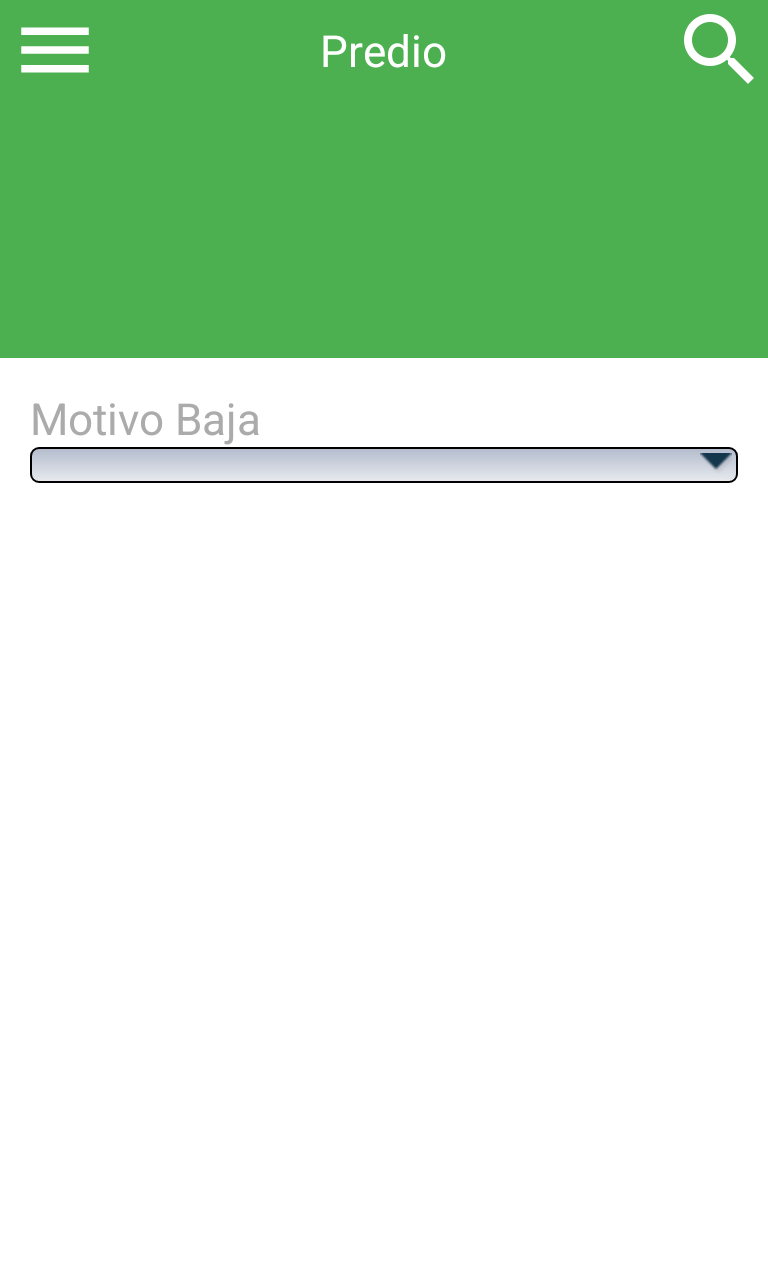
Repository: danielctf/Chilterra
Layout: Proyectos/Animales/res/layout/activity_baja_ganado.xml
These files come from the project's save history. The layout is drawn as it stood at one moment and after the next save; the edit follows.
It is drawn on a 768 x 1280 px phone screen (xhdpi) without system bars, with theme AppTheme; the app's code is not run.

Above is the layout before, as saved 2015-10-09 16:25:05.

After the next save:
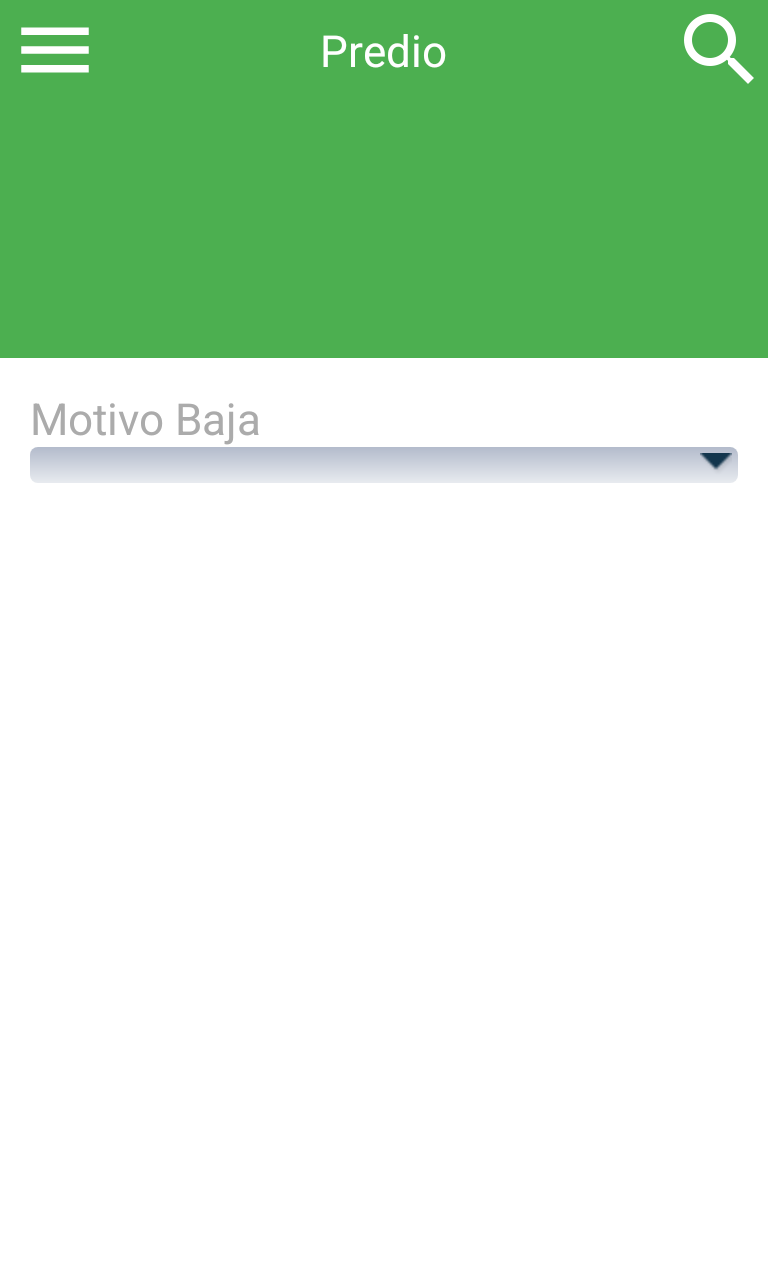
Saved 23 s later.
--- a/Proyectos/Animales/res/drawable/shape_drop_down_normal.xml
+++ b/Proyectos/Animales/res/drawable/shape_drop_down_normal.xml
@@ -2,13 +2,13 @@
 <layer-list xmlns:android="http://schemas.android.com/apk/res/android" >
 <item>
     <shape>
-                   <gradient android:angle="90" android:endColor="#B3BBCC" android:startColor="#E8EBEF" android:type="linear" />
+    <gradient android:angle="90" android:endColor="#B3BBCC" android:startColor="#E8EBEF" android:type="linear" />
 
-                    <stroke android:width="1dp" android:color="#000000" />
 
-                    <corners android:radius="4dp" />
 
-                    <padding android:bottom="3dp" android:left="3dp" android:right="3dp" android:top="3dp" />
+     <corners android:radius="4dp" />
+
+     <padding android:bottom="3dp" android:left="3dp" android:right="3dp" android:top="3dp" />
     </shape>
 </item>
 <item>
